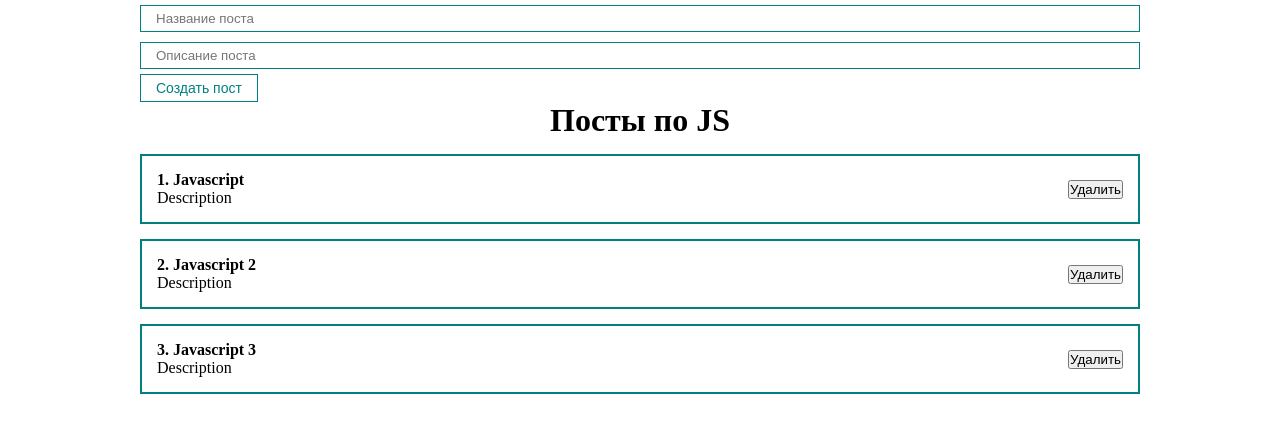
Repository: otvertka/ulb
Page: /
An editor plug-in stored every save of this project. The page is shown before and after the next save, followed by the edit.
The browser window is 1280 px wide. The pictures show the whole page.
The project was rebuilt for these pictures with package versions that can differ from the ones it lists, and the page was loaded fresh each time. Also part of the build but not shown: src/components/Counter.jsx, src/components/ClassCounter.jsx.

Above is the page before, as saved 2023-06-11 10:37:48.

After the next save:
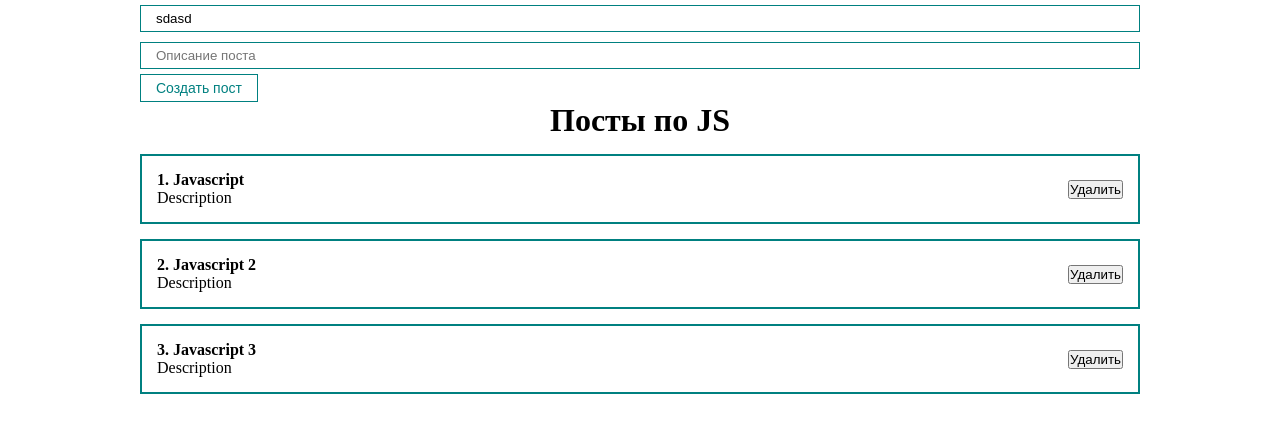
Saved 17 s later.
--- a/src/App.js
+++ b/src/App.js
@@ -14,7 +14,7 @@ function App() {
     { id: 3, title: "Javascript 3", body: "Description" },
   ]);
 
-  const [title, setTitle] = useState("");
+  const [title, setTitle] = useState("sdasd");
   const addNewPost = () => {};
   // импортируем компонент
   return (
